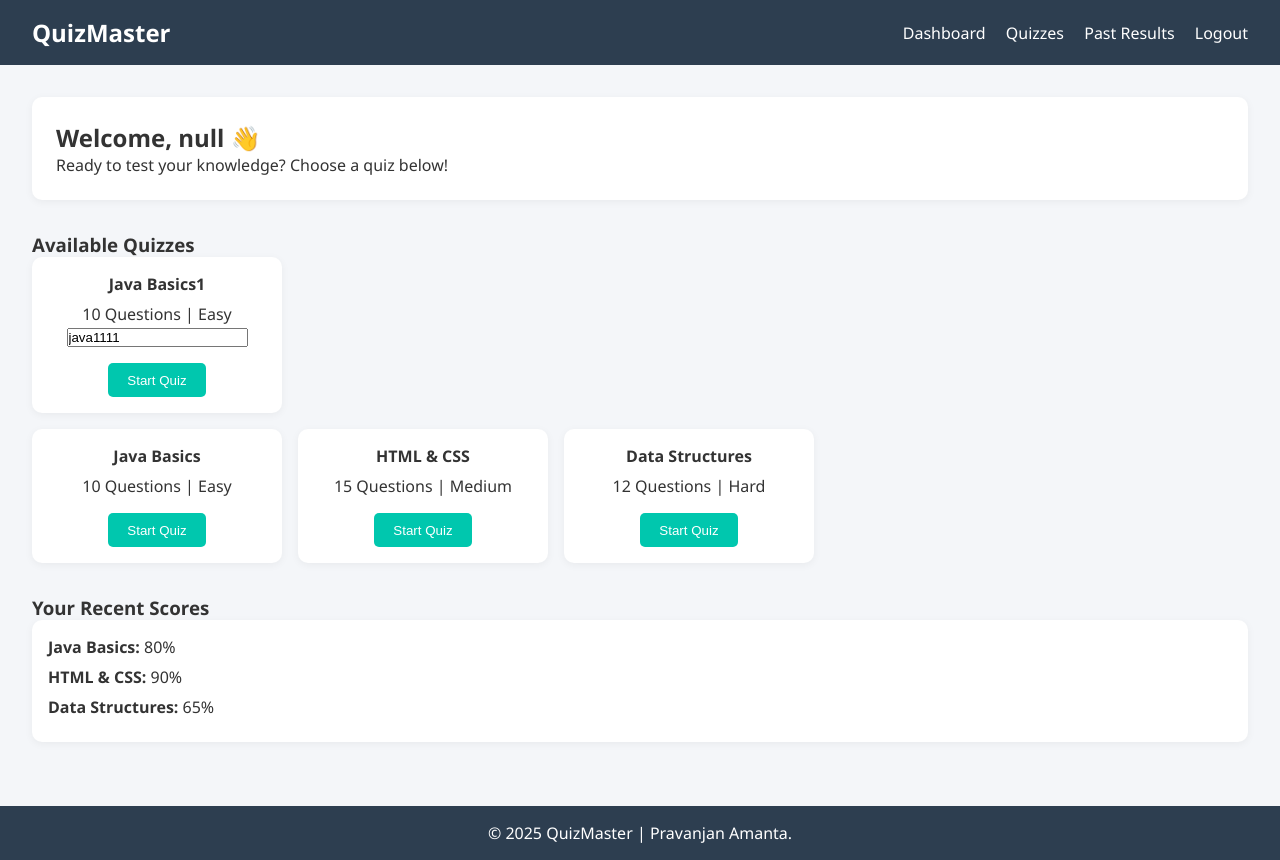
Repository: Prabhanjan-17p/Quizmaster_a_Java_Game
Page: http://localhost/Online_Quiz_Application/welcome.jsp
These files come from the project's save history. The page is drawn as it stood at one moment and after the next save; the edit follows.
The browser window is 1280 px wide. The pictures show the whole page.
The page is served by Tomcat 9. The template is opened directly, without the code that normally fills it, so the values that code supplies are empty.

Above is the page before, as saved 2025-05-17 05:29:55.

After the next save:
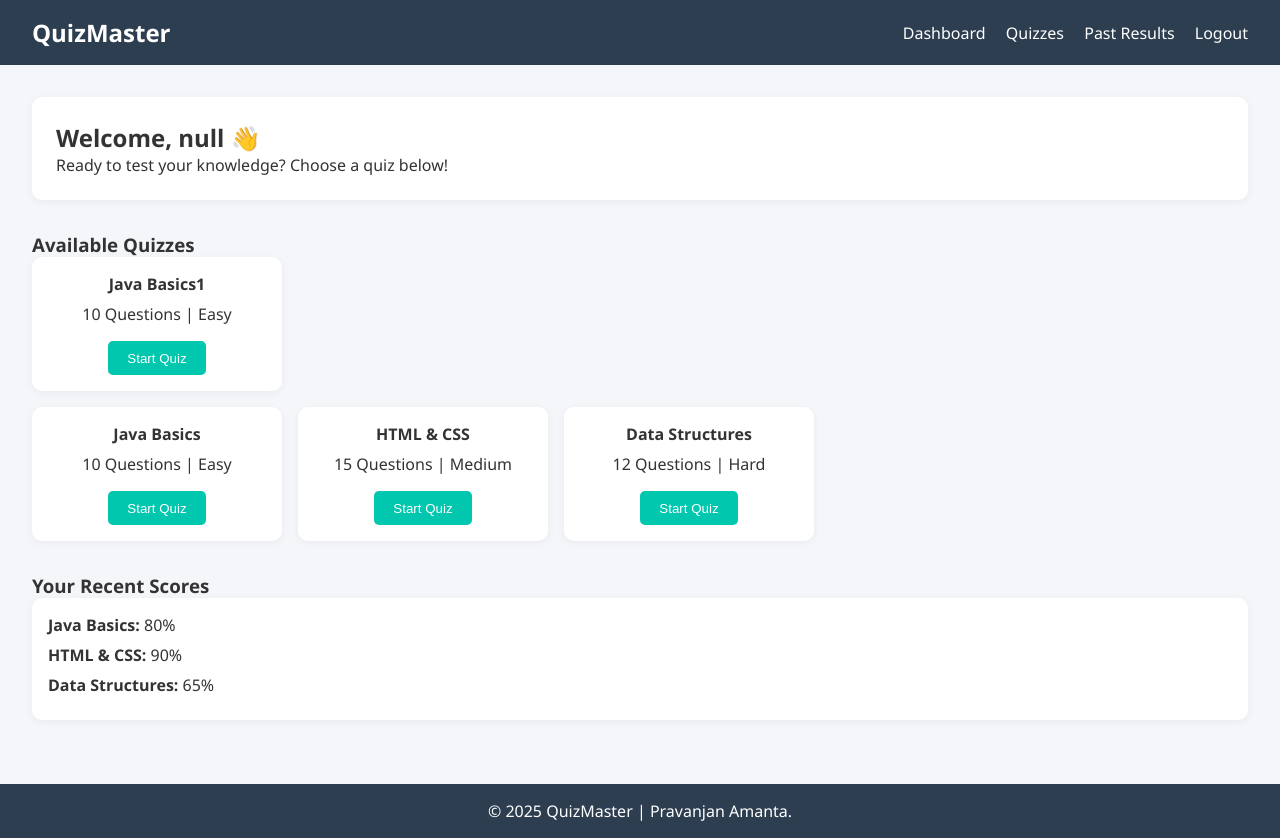
Saved 81 s later.
--- a/Online Quiz Application/src/main/webapp/welcome.jsp
+++ b/Online Quiz Application/src/main/webapp/welcome.jsp
@@ -121,6 +121,10 @@
       bottom: 0;
       width: 100%;
     }
+    .quiz-card input{
+    	display: none;
+    }
+
   </style>
 </head>
 <body>
